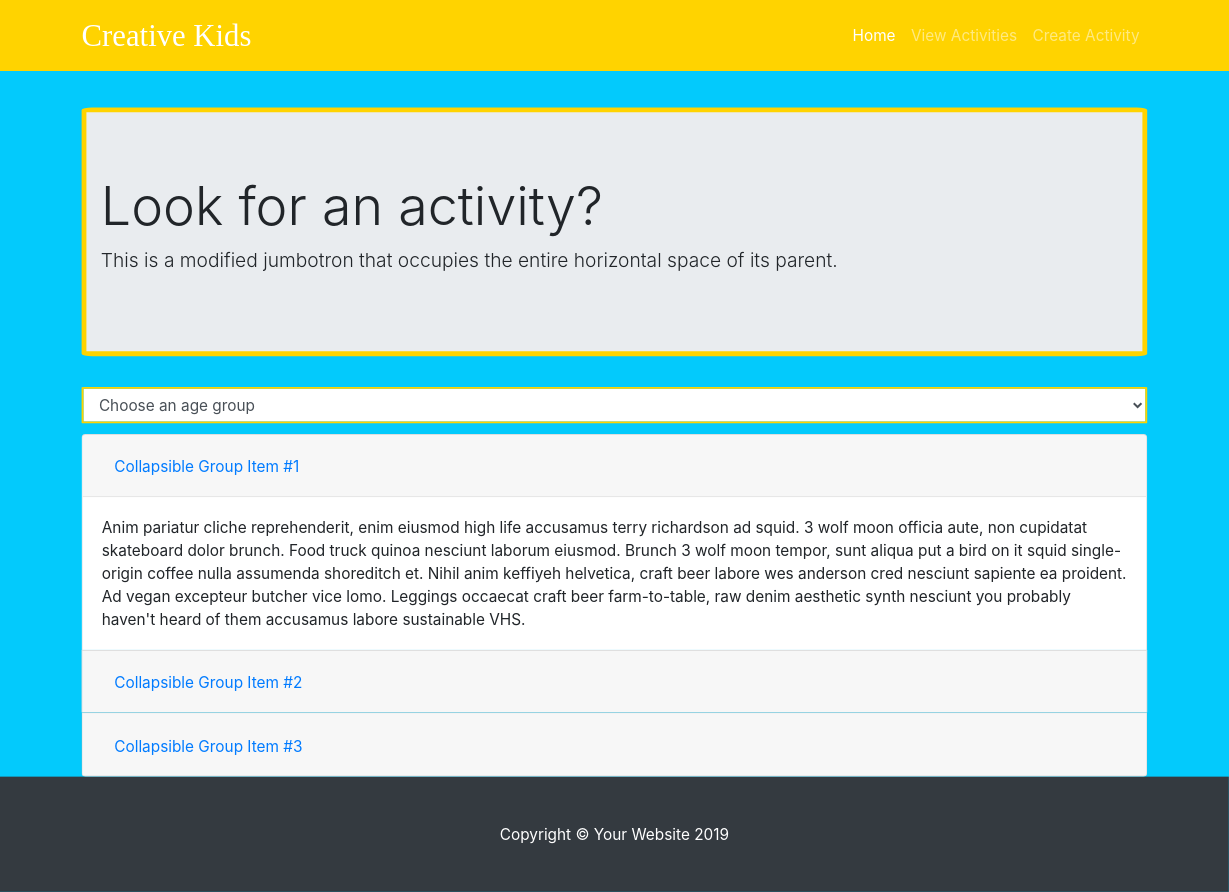
Repository: Neilfoster/milestone_project_3
Page: http://localhost/activity_view
The author's editor kept a record of every edit. The page is drawn from the files as they stood at one moment, then again after the next edit.
The browser window is 1280 px wide. The pictures show the whole page, at 96% of full size.
Some web fonts or font styles are not loaded; a fallback is used. Some web libraries are served in a nearby version. The page is served by the project's application, run on Flask 3 (app.py). Queries for data that is not in the repository find no rows.

Above is the page before.

### templates/activity_view.html
{% extends "base.html" %} {% block content %}
<div class="container">
    <!-- heading -->
    <div class="jumbotron jumbotron-fluid cstm_jumb">
        <div class="container">
            <h1 class="display-4">Look for an activity?</h1>
            <p class="lead">This is a modified jumbotron that occupies the entire horizontal space of its parent.</p>
        </div>
    </div>
    <!-- Select Menus -->
    <select class="form-control cstm_select" id="age_group" name="age_group">
            <option value="" disabled selected>Choose an age group</option>
               {% for age in ages %}
            <option value="{{ages.age_group.capitalize()}}">{{ages.age_group.capitalize()}}</option>
               {% endfor %}
    </select>

   <!-- <select class="form-control cstm_select" id="activity_duration" name="activity_duration">
            <option value="" disabled selected>Choose an age group</option>
               {% for duration in durations %}
            <option value="{{durations.activity_duration.capitalize()}}">{{durations.activity_duration.capitalize()}}</option>
               {% endfor %}
    </select> -->



    <!-- Cards -->
    <div class="row">
        {%for activity in activities %}


        <div class="col-lg-4 col-md-6 col-sm col-xs-12">
            <div class="card cstm_card accordion" style="width: 18rem;">
                <img src="https://images-na.ssl-images-amazon.com/images/I/91TPy6s2TzL._SX425_.jpg" class="card-img-top" alt="...">
                <div class="card-body">
                    <h5 class="card-title"> {{activity.activity_name}} </h5>
                </div>
                <ul class="list-group list-group-flush">
                    <li class="list-group-item"><strong>Age:</strong> {{activity.age_group}}</li>
                    <li class="list-group-item"><strong>Duration:</strong> {{activity.activity_duration}}</li>
                    <li class="list-group-item"><strong>Equipment:</strong> {{activity.equipment}}</li>
                </ul>
                <div class="card-body">
                    <div class="card">
                        <div class="card-header" id="headingOne">
                            <h2 class="mb-0">
                                <button class="btn btn-link" type="button" data-toggle="collapse" data-target="#collapseOne" aria-expanded="true" aria-controls="collapseOne">
                                          View Details
                                </button>
                            </h2>
                        </div>
                        <div id="collapseOne" class="collapse show" aria-labelledby="headingOne" data-parent="#accordionExample">
                            <div class="card-body">
                               {{activity.details}}
                            </div>
                        </div>
                    </div>
                </div>
            </div>
        </div>

        {% endfor %}
    </div>


    <div class="accordion" id="accordionExample">
        <div class="card">
            <div class="card-header" id="headingOne">
                <h2 class="mb-0">
                    <button class="btn btn-link" type="button" data-toggle="collapse" data-target="#collapseOne" aria-expanded="true" aria-controls="collapseOne">
          Collapsible Group Item #1
        </button>
                </h2>
            </div>

            <div id="collapseOne" class="collapse show" aria-labelledby="headingOne" data-parent="#accordionExample">
                <div class="card-body">
                    Anim pariatur cliche reprehenderit, enim eiusmod high life accusamus terry richardson ad squid. 3 wolf moon officia aute, non cupidatat skateboard dolor brunch. Food truck quinoa nesciunt laborum eiusmod. Brunch 3 wolf moon tempor, sunt aliqua put a bird
                    on it squid single-origin coffee nulla assumenda shoreditch et. Nihil anim keffiyeh helvetica, craft beer labore wes anderson cred nesciunt sapiente ea proident. Ad vegan excepteur butcher vice lomo. Leggings occaecat craft beer farm-to-table,
                    raw denim aesthetic synth nesciunt you probably haven't heard of them accusamus labore sustainable VHS.
                </div>
            </div>
        </div>
        <div class="card">
            <div class="card-header" id="headingTwo">
                <h2 class="mb-0">
                    <button class="btn btn-link collapsed" type="button" data-toggle="collapse" data-target="#collapseTwo" aria-expanded="false" aria-controls="collapseTwo">
          Collapsible Group Item #2
        </button>
                </h2>
            </div>
            <div id="collapseTwo" class="collapse" aria-labelledby="headingTwo" data-parent="#accordionExample">
                <div class="card-body">
                    Anim pariatur cliche reprehenderit, enim eiusmod high life accusamus terry richardson ad squid. 3 wolf moon officia aute, non cupidatat skateboard dolor brunch. Food truck quinoa nesciunt laborum eiusmod. Brunch 3 wolf moon tempor, sunt aliqua put a bird
                    on it squid single-origin coffee nulla assumenda shoreditch et. Nihil anim keffiyeh helvetica, craft beer labore wes anderson cred nesciunt sapiente ea proident. Ad vegan excepteur butcher vice lomo. Leggings occaecat craft beer farm-to-table,
                    raw denim aesthetic synth nesciunt you probably haven't heard of them accusamus labore sustainable VHS.
                </div>
            </div>
        </div>
        <div class="card">
            <div class="card-header" id="headingThree">
                <h2 class="mb-0">
                    <button class="btn btn-link collapsed" type="button" data-toggle="collapse" data-target="#collapseThree" aria-expanded="false" aria-controls="collapseThree">
          Collapsible Group Item #3
        </button>
                </h2>
            </div>
            <div id="collapseThree" class="collapse" aria-labelledby="headingThree" data-parent="#accordionExample">
                <div class="card-body">
                    Anim pariatur cliche reprehenderit, enim eiusmod high life accusamus terry richardson ad squid. 3 wolf moon officia aute, non cupidatat skateboard dolor brunch. Food truck quinoa nesciunt laborum eiusmod. Brunch 3 wolf moon tempor, sunt aliqua put a bird
                    on it squid single-origin coffee nulla assumenda shoreditch et. Nihil anim keffiyeh helvetica, craft beer labore wes anderson cred nesciunt sapiente ea proident. Ad vegan excepteur butcher vice lomo. Leggings occaecat craft beer farm-to-table,
                    raw denim aesthetic synth nesciunt you probably haven't heard of them accusamus labore sustainable VHS.
                </div>
            </div>

        </div>
    </div>

</div>

{% endblock %}

### templates/base.html
<!DOCTYPE html>
<html lang="en">

<head>

  <meta charset="utf-8">
  <meta name="viewport" content="width=device-width, initial-scale=1, shrink-to-fit=no">
  <meta name="description" content="">
  <meta name="author" content="">

  <title>Creative Kids</title>

  <!-- Bootstrap core CSS -->
  <link href="static/css/bootstrap.min.css" rel="stylesheet">

  <!-- CDN for Bootstrap core CSS -->
  <!-- <link rel="stylesheet" href="https://stackpath.bootstrapcdn.com/bootstrap/4.3.1/css/bootstrap.min.css" type="text/css" /> -->

  <!-- Custom styles for this template -->
  <link href="static/css/small-business.css" rel="stylesheet">

  <!-- Custom styles-->
  <link href="static/css/style.css" rel="stylesheet">

  <!-- Google Fonts-->
  <link href="https://fonts.googleapis.com/css?family=Butterfly+Kids&display=swap" rel="stylesheet">

</head>

<body>

  <!-- Navigation -->
  <nav class="navbar navbar-expand-lg navbar-dark fixed-top cstmnav">
    <div class="container">
      <a class="navbar-brand nav_txt" href="{{url_for('activity_view')}}">Creative Kids</a>
      <button class="navbar-toggler" type="button" data-toggle="collapse" data-target="#navbarResponsive" aria-controls="navbarResponsive" aria-expanded="false" aria-label="Toggle navigation">
        <span class="navbar-toggler-icon"></span>
      </button>
      <div class="collapse navbar-collapse" id="navbarResponsive">
        <ul class="navbar-nav ml-auto">
          <li class="nav-item active">
            <a class="nav-link" href="">Home
              <span class="sr-only">(current)</span>
            </a>
          </li>
          <li class="nav-item">
            <a class="nav-link" href="{{url_for('activity_view')}}">View Activities</a>
          </li>
          <li class="nav-item">
            <a class="nav-link" href="{{url_for('add_activity')}}">Create Activity</a>
          </li>

        </ul>
      </div>
    </div>
  </nav>

  {% block content %} {% endblock %}



  <!-- Footer -->
  <footer class="py-5 bg-dark">
    <div class="container">
      <p class="m-0 text-center text-white">Copyright &copy; Your Website 2019</p>
    </div>
    <!-- /.container -->
  </footer>


  <!-- Bootstrap core JavaScript -->
  <script src="static/js/jquery.min.js"></script>
  <script src="static/js/bootstrap.bundle.min.js"></script>

<!-- Font Awesome js-->
  <script src="https://kit.fontawesome.com/8aa891fdce.js" crossorigin="anonymous"></script>
</body>

</html>

### app.py
import os
from flask import Flask, render_template, redirect, request, url_for
from flask_pymongo import PyMongo
from bson.objectid import ObjectId

app = Flask(__name__)

app.config["MONGO_DBNAME"] = 'milestoneproject3me'
app.config["MONGO_URI"] = os.environ.get('mongo_uri')

mongo = PyMongo(app)

@app.route('/')
@app.route('/home')
def get_activities():
    return render_template("home.html",
    activities=mongo.db.Activities.find())

@app.route('/activity_view')
def activity_view():
    return render_template('activity_view.html',
    activities=mongo.db.Activities.find().limit(6),
    ages=mongo.db.ages.find(),
    durations=mongo.db.duration.find())

@app.route('/add_activity', methods=['POST', 'GET'])
def add_activity():
    return render_template('add_activity.html',
    ages=mongo.db.ages.find(),
    durations=mongo.db.duration.find())

@app.route('/insert_activity', methods=['POST'])
def insert_activity():
    activities=mongo.db.Activities
    activities.insert_one(request.form.to_dict())
    return redirect(url_for('activity_view'))


if __name__ == "__main__":
    app.run(host=os.environ.get('IP'),
        port=int(os.environ.get('PORT')),
        debug=True)

### static/css/style.css
body {
    background-color: #03cafc;

}

.forum_text {
    margin-left: 1%;
}

.my_button{
    margin-bottom: 2%;
}

.cstmnav{
    background-color: #ffd300;
}

.cstm_jumb{
    border: 5px solid #ffd300;
    border-radius:1%;
    margin-top: 5%;
}

.cstm_select {
    border: 2px solid #ffd300;
    border-radius:1%;
    margin-top:1%;
    margin-bottom: 1%;
}

.cstm_card {
    border: 2px solid #ffd300;
    border-radius:1%;
    margin:1%;
}

.cstm_jumb_home{
    background-color: #ffd300;
}

.nav_txt {
    font-size:2rem;
    font-family: 'Butterfly Kids', cursive;
}

.home_title {
    font-family: 'Butterfly Kids', cursive;
    font-size:3rem;
}

.add_forum {
     border: 2px solid #ffd300;
    border-radius:1%;
}

.add_title {
    font-family: 'Butterfly Kids', cursive;
    font-size: 4rem;
}

Loaded but not shown: static/css/bootstrap.min.css (library); static/css/small-business.css (common file); static/js/jquery.min.js (library); static/js/bootstrap.bundle.min.js (library)

After the next edit:
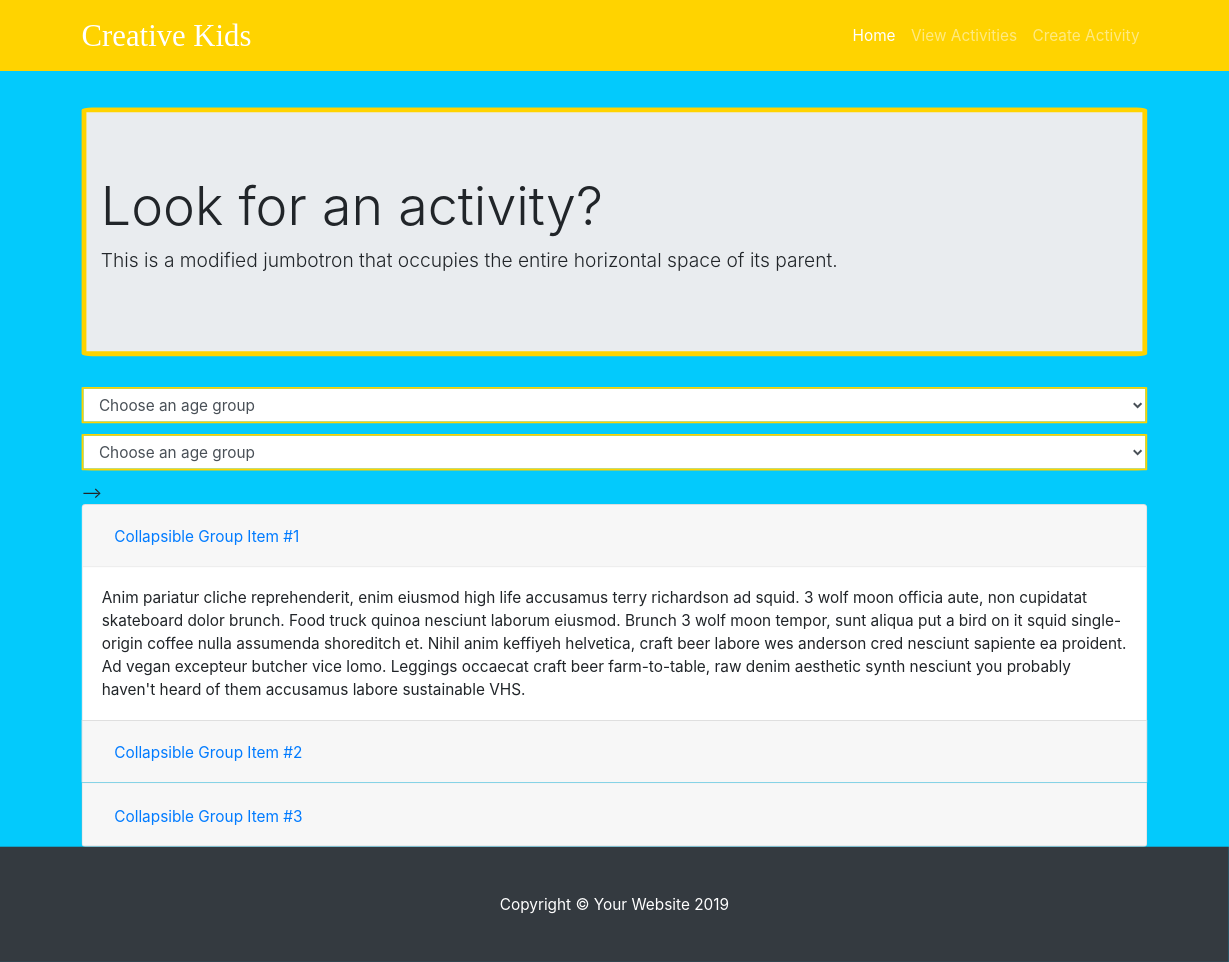
The edit:
--- a/templates/activity_view.html
+++ b/templates/activity_view.html
@@ -15,7 +15,7 @@
                {% endfor %}
     </select>
 
-   <!-- <select class="form-control cstm_select" id="activity_duration" name="activity_duration">
+    <select class="form-control cstm_select" id="activity_duration" name="activity_duration">
             <option value="" disabled selected>Choose an age group</option>
                {% for duration in durations %}
             <option value="{{durations.activity_duration.capitalize()}}">{{durations.activity_duration.capitalize()}}</option>
